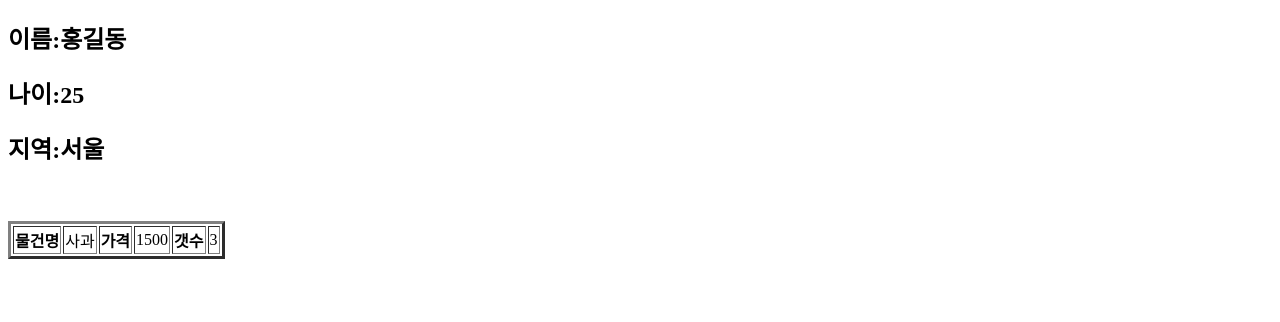
Repository: buildadoor/eclipse
Page: http://localhost/jspexp/a02_jsp/a01_begin/a01_start.jsp
An editor plug-in stored every save of this project. The page is shown before and after the next save, followed by the edit.
The browser window is 1280 px wide. The pictures show the whole page.
The page is served by Tomcat 9. Other server files are loaded and not shown.

Above is the page before, as saved 2022-11-14 05:37:39.

### jspexp/src/main/webapp/a02_jsp/a01_begin/a01_start.jsp
<%@ page language="java" contentType="text/html; charset=UTF-8"
    pageEncoding="UTF-8"%>
<!DOCTYPE html>
<html>
<head>
<meta charset="UTF-8">
<title>Insert title here</title>
</head>
<body>
	<%-- jsp의 주석 --%>
	<%
	// scriptlet
	String name="홍길동";// java
	int age = 25;
	String loc="서울";
	%>
	<%-- 표현 처리. --%>
	<h2>이름:<%=name%></h2>
	<h2>나이:<%=age%></h2>
	<h2>지역:<%=loc%></h2>
	<%--ex) 물건명 가격 갯수를 선언하고
		출력하되 table의 th와 td를 활용하여 출력하세요
	물건명 @@@
	가격 @@@
	갯수 @@@ --%>
	<%
	String pname ="사과";
	int price = 1500;
	int pcnt = 3;
	%>
	<table border=3>
	<th>물건명</th><td><%=pname%></td><br>
	<th>가격</th><td><%=price%></td><br>
	<th>갯수</th><td><%=pcnt%></td>

	</table>
</body>
</html>

After the next save:
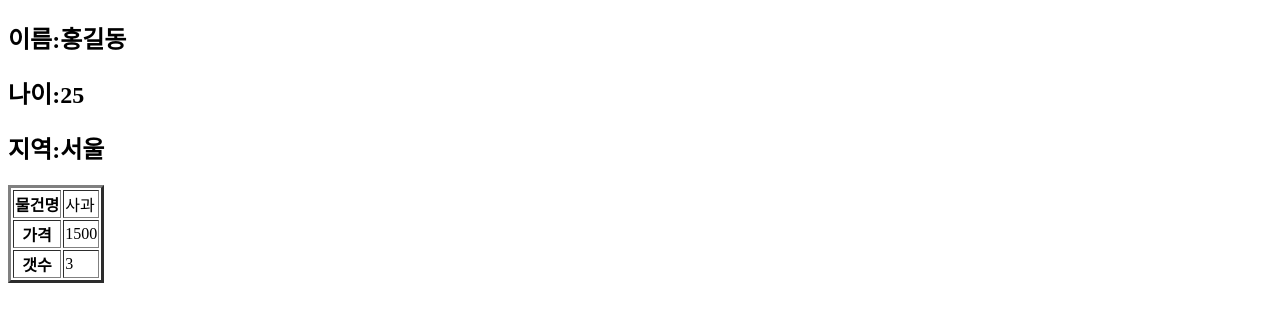
Saved 3 min 10 s later.
--- a/jspexp/src/main/webapp/a02_jsp/a01_begin/a01_start.jsp
+++ b/jspexp/src/main/webapp/a02_jsp/a01_begin/a01_start.jsp
@@ -29,9 +29,10 @@
 	int pcnt = 3;
 	%>
 	<table border=3>
-	<th>물건명</th><td><%=pname%></td><br>
-	<th>가격</th><td><%=price%></td><br>
-	<th>갯수</th><td><%=pcnt%></td>
+	<tr><th>물건명</th><td><%=pname %></td></tr>
+	<tr><th>가격</th><td><%=price %></td></tr>
+	<tr><th>갯수</th><td><%=pcnt %></td></tr>
+
 
 	</table>
 </body>
